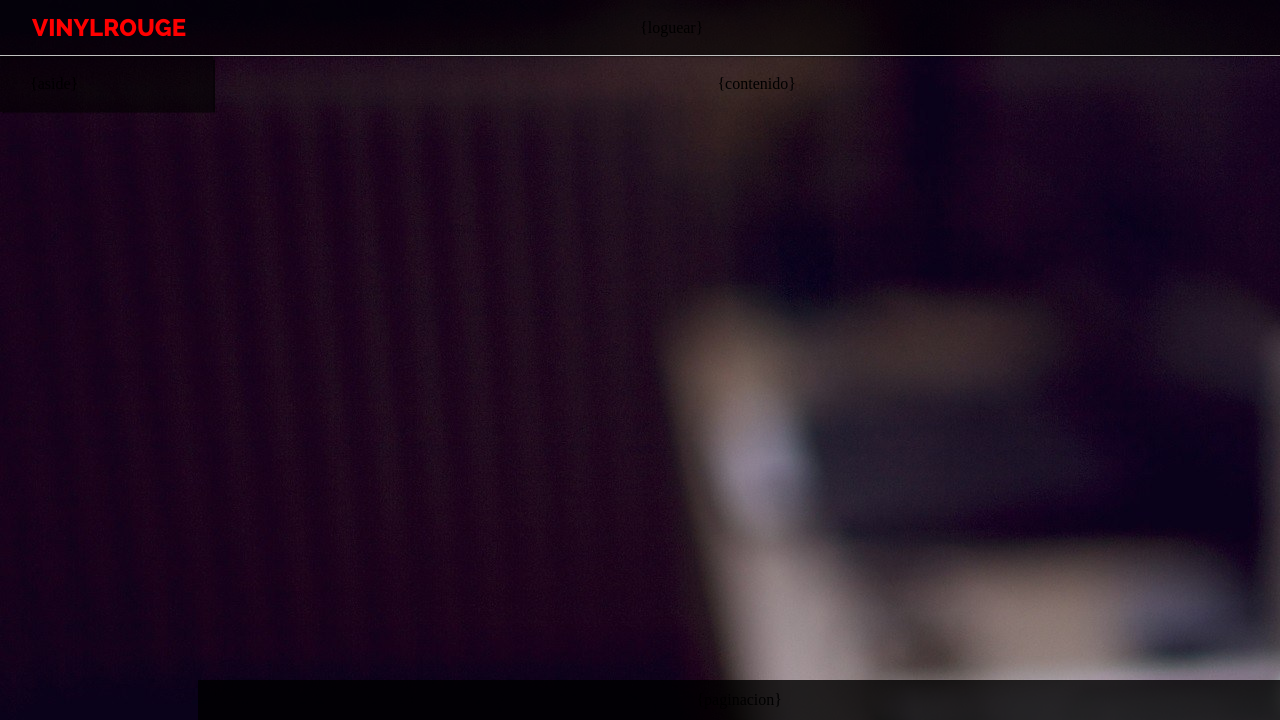
Repository: Miguelfdez79/discos
Page: workspace/template/html/index.html
The author's editor kept a record of every edit. The page is drawn from the files as they stood at one moment, then again after the next edit.
The browser window is 1280 px wide. The pictures show the whole page.
Some web libraries are served in a nearby version.

Above is the page before.

### workspace/template/html/index.html
<DOCTYPE html>
<html lang="es">
<head>
    <meta charset="UTF-8" />
    <title>VinylRouge</title>
    <link rel="stylesheet" href="/template/css/style.css"/>
    <link rel="stylesheet" href="/template/css/reset.css"/>

    <script src="//code.jquery.com/jquery-1.11.2.min.js"></script>
    <script src="/template/js/javascript.js" defer></script>
    <script src="/template/js/jquery.js" defer></script>
    <script src="/template/js/background_changer.js" defer></script>
</head>

<body>
    <div class="container">
        <div class="menu_logueo">
            <div class="left">
                 <a href="/index.php"><h1 id="nombreempresa">VINYL<span id="spanlogo">ROUGE</span></h1></a>
            </div>
             <div class="right">
                 {loguear}
             </div>
        </div>
        <div class="contenedor-datos">
            <div class="menu_aside">
                <div class="container_aside">
                    {aside}
                </div>
            </div>

            <div class="row">

                <div class="contenido">
                    {contenido}
                </div>

                <div class="menu_pie">
                    {paginacion}
                </div>
            </div>
        </div>
    </div>
</body>
<html>

### workspace/template/css/style.css
html{
    width: 100%;
    height: 100%;
}

body{
    width: 100%;
    height: 100%;
    min-width: 320px;
    background-image: url("../img/appbackground.jpg");
    background-repeat: no-repeat;
    background-position: center center;
    background-size: cover;
}

.container{
    width: 100%;
    height: auto;
    min-width: 320px;

    display: flex;
    flex-direction: column;
    justify-content: flex-start;
}

.contenedor-datos{
    width: 100%;
    height: auto;
    min-width: 320px;
    display: flex;
    flex-direction: row;
    justify-content: flex-start;
}


a{
    text-decoration: none;
    color: black;
}

li{
    text-decoration: none;
}


.menu_aside{
    display: flex;
    background-color:rgba(0, 0, 0, 0.6);
    box-shadow: 1.5px 1px 1px 0px rgba(0,0,0,0.75);
    flex: 0 1 20%;
    flex-direction: column;
}

logoname{

}

.row{
    width: 100%;
    display: flex;
    flex-direction: column;
}

.contenido{
    display: flex;
    margin-top: 20px;
    margin-left: 20px;
    height: auto;
    justify-content: space-around;
    align-items: flex-start;
    flex-wrap: wrap;
    height:100%;
}

.container_form{
    text-align: center;
    width: 45%;
    padding: 15px;
    background-color: rgba(0, 0, 0, 0.6);
    border: 1px solid rgba(255, 255, 255, 0.4);
    border-radius: 3px;
}

.menu_pie{
    display: flex;
    height: 10%;
    justify-content: center;
    align-items: center;
    position:fixed;
   right:0px;
   bottom:0px;
   height:40px;
   width:84.5%;
   background-color: rgba(0, 0, 0, 0.8);
}



.container_aside{
    margin: 20px 30px 20px 30px;
}

.aside_usuario{
    margin: 10px 0px 20px;
}

.aside_usuario li{
    padding: 10px 0px;
}

.aside_usuario a{
    font-family: 'Satellite';
    color: white;
    font-size: 1.4em;
}

.aside_disco{
    margin: 20px 0px;
}

.aside_disco_links li{
    padding: 10px 0px;
}

.aside_disco_links a{
    font-family: 'Satellite';
    color: white;
    font-size: 1.2em;
    -webkit-transition: all 0.4s ease;
     transition: all 0.4s ease;
}

.aside_disco_links a:hover{
    color: red;
    -webkit-transition: all 0.4s ease;
     transition: all 0.4s ease;
}

.menu_logueo{
    height: 55px;
    align-items:center;
    justify-content: flex-end;
    display: flex;
    background-color: rgba(0, 0, 0, 0.6);
    box-shadow: 1.5px 1px 1px 0px rgba(0,0,0,0.75);
    flex-direction: row;
    border-bottom: 1px solid silver;
}

.aside_logo{
    margin: 0px 0px 20px 0px;
}

.aside_cerrarsesion a{
    font-family: 'Satellite';
    color: white;
    font-size: 1.4em;
}


.left{
    justify-content:center;
    width: 50%;
    align-items: flex-start;
}

.right{
    justify-content:center;
    width: 50%;
     align-items: flex-end;
}

.left a{
   font-family: Raleway5;
    color: red;
    font-size: 1.5em;
}


.right ul{
    float: right;
    margin-right: 5%;
}

.right a{
   font-family: Raleway2;
    color: #fff;
    font-size: 1.2em;
    -webkit-transition: all 0.4s ease;
     transition: all 0.4s ease;
}

.right a:hover{
    font-family: Raleway;
    color: red;
    font-size: 1.2em;
    -webkit-transition: all 0.8s ease;
    transition: all 0.8s ease;
}

#nombreempresa{
    margin-left: 5%;
}

hr{
    color: silver !important;
    background-color: silver !important;
    height: 1px !important;
}

.aside_disco_buscador{
    margin: 20px 0px;
}

.buscar{
    padding: 5px;
    width: 100%;
    height: 28px;
    border-radius: 2px;
    background-color: transparent;
    color: red;
    border: 1px solid silver;
}

.buscar_submit{
    width: 100%;
    height: 28px;
    font-family: 'Satellite', sans-seri;
    font-size: 1.1em;
    margin: 8px 0px;
    border: none;
    color: red;
    border:1px solid #151617;

    text-shadow: -1px -1px 0 rgba(0,0,0,0.3);
    background-color: #45484d; background-image: -webkit-gradient(linear, left top, left bottom, from(#45484d), to(#000000));
    background-image: -webkit-linear-gradient(top, #45484d, #000000);
    background-image: -moz-linear-gradient(top, #45484d, #000000);
    background-image: -ms-linear-gradient(top, #45484d, #000000);
    background-image: -o-linear-gradient(top, #45484d, #000000);
    background-image: linear-gradient(to bottom, #45484d, #000000);filter:progid:DXImageTransform.Microsoft.gradient(GradientType=0,startColorstr=#45484d, endColorstr=#000000);
    margin-bottom: 10px;
}

.buscar_submit:hover{
     border:1px solid #682720; -webkit-border-radius: 3px; -moz-border-radius: 3px;
     background-color: #2d2f32; background-image: -webkit-gradient(linear, left top, left bottom, from(#2d2f32), to(#1a1a1a));
     background-image: -webkit-linear-gradient(top, #2d2f32, #1a1a1a);
     background-image: -moz-linear-gradient(top, #2d2f32, #1a1a1a);
     background-image: -ms-linear-gradient(top, #2d2f32, #1a1a1a);
     background-image: -o-linear-gradient(top, #2d2f32, #1a1a1a);
     background-image: linear-gradient(to bottom, #2d2f32, #1a1a1a);filter:progid:DXImageTransform.Microsoft.gradient(GradientType=0,startColorstr=#2d2f32, endColorstr=#1a1a1a);
     margin-bottom: 10px;
}

.log_input{
    width: 90%;
    height: 40px;
    margin: 4px 10px;
    padding: 8px;
    border: none;
    border: 2px solid #000000;
    border-radius: 2px;
    background-color: rgba(255,255,255,0.3);
    color: white;
    font-family: Raleway3;
    font-size: 1.3em;
}

input::-webkit-input-placeholder {
    font-family: Raleway;
    font-size: 1.2em;
    padding-left: 8px;
    color: white;
}

input:-webkit-autofill,
input:-webkit-autofill:hover,
input:-webkit-autofill:focus,
input:-webkit-autofill:active {
    transition: background-color 5000s ease-in-out 0s;
}



.log_submit{
    width: 90%;
    height: 45px;
    font-family: 'Satellite', sans-seri;
    font-size: 1.1em;
    margin: 8px 0px;
    border: none;
    color: red;
    border:1px solid #151617;
    text-shadow: -1px -1px 0 rgba(0,0,0,0.3);
    background-color: #45484d; background-image: -webkit-gradient(linear, left top, left bottom, from(#45484d), to(#000000));
    background-image: -webkit-linear-gradient(top, #45484d, #000000);
    background-image: -moz-linear-gradient(top, #45484d, #000000);
    background-image: -ms-linear-gradient(top, #45484d, #000000);
    background-image: -o-linear-gradient(top, #45484d, #000000);
    background-image: linear-gradient(to bottom, #45484d, #000000);filter:progid:DXImageTransform.Microsoft.gradient(GradientType=0,startColorstr=#45484d, endColorstr=#000000);
    cursor: pointer;
}

.log_submit:hover{
    border:1px solid #682720; -webkit-border-radius: 3px; -moz-border-radius: 3px;
     background-color: #2d2f32; background-image: -webkit-gradient(linear, left top, left bottom, from(#2d2f32), to(#1a1a1a));
     background-image: -webkit-linear-gradient(top, #2d2f32, #1a1a1a);
     background-image: -moz-linear-gradient(top, #2d2f32, #1a1a1a);
     background-image: -ms-linear-gradient(top, #2d2f32, #1a1a1a);
     background-image: -o-linear-gradient(top, #2d2f32, #1a1a1a);
     background-image: linear-gradient(to bottom, #2d2f32, #1a1a1a);filter:progid:DXImageTransform.Microsoft.gradient(GradientType=0,startColorstr=#2d2f32, endColorstr=#1a1a1a);
    cursor: pointer;
}


.add_submit{
    width: 90%;
    height: 45px;
    font-family: 'Satellite', sans-seri;
    font-size: 1.1em;
    margin: 8px 0px;
    border: none;
    color: red;
    border:1px solid #151617;
    text-shadow: -1px -1px 0 rgba(0,0,0,0.3);
    background-color: #45484d; background-image: -webkit-gradient(linear, left top, left bottom, from(#45484d), to(#000000));
    background-image: -webkit-linear-gradient(top, #45484d, #000000);
    background-image: -moz-linear-gradient(top, #45484d, #000000);
    background-image: -ms-linear-gradient(top, #45484d, #000000);
    background-image: -o-linear-gradient(top, #45484d, #000000);
    background-image: linear-gradient(to bottom, #45484d, #000000);filter:progid:DXImageTransform.Microsoft.gradient(GradientType=0,startColorstr=#45484d, endColorstr=#000000);
    cursor: pointer;
}

.add_submit:hover{
    border:1px solid #682720; -webkit-border-radius: 3px; -moz-border-radius: 3px;
     background-color: #2d2f32; background-image: -webkit-gradient(linear, left top, left bottom, from(#2d2f32), to(#1a1a1a));
     background-image: -webkit-linear-gradient(top, #2d2f32, #1a1a1a);
     background-image: -moz-linear-gradient(top, #2d2f32, #1a1a1a);
     background-image: -ms-linear-gradient(top, #2d2f32, #1a1a1a);
     background-image: -o-linear-gradient(top, #2d2f32, #1a1a1a);
     background-image: linear-gradient(to bottom, #2d2f32, #1a1a1a);filter:progid:DXImageTransform.Microsoft.gradient(GradientType=0,startColorstr=#2d2f32, endColorstr=#1a1a1a);
    cursor: pointer;
}

h1.titulo_form{
    font-family: Satellite;
    text-shadow: 2px 2px 0 rgba(0,0,0,0.6);
    font-size: 3em;
    text-align: center;
    margin-top: 20px;
    margin-bottom: 30px;
    color: #f1f1f1;
}

/******** FIN FORMULARIO LOGIN ********/

.tablaUsuarios{
    border-collapse: collapse;
    width: 70%;
    background-color: rgba(0, 0, 0, 0.5);
}

.tablaUsuarios table{
    border: 1px solid #A4A4A4;
}

th, td{
    border: 1px solid #A4A4A4;
    padding: 4px 20px;
    text-align: center;
    color: #FAFAFA;
}

th{
    font-weight: bold !important;
    background-color: rgba(255, 255, 255, 0.5);
    font-family:  Raleway3 !important;
}

th p{
    font-family:  Raleway3 !important;
    font-size: 1.5em;
    color: #FAFAFA;
}

td p{
    font-family: 'Satellite';
    font-size: 1.4em;
    color: #FAFAFA;
}

td a{
    font-family: 'Satellite';
    font-size: 1.4em;
    color: #FAFAFA;
    font-style: oblique !important;
}

.elimUsuario{
    font-family: Raleway2;
    font-size: 1.3em;
    color: red;
    text-decoration: none;
    -webkit-transition: all 0.4s ease;
     transition: all 0.4s ease;
}

.elimUsuario:hover{
    font-family: Raleway2;
    font-size: 1.3em;
    color: red;
    text-decoration: underline;
    -webkit-transition: all 0.4s ease;
     transition: all 0.4s ease;
}

.separadormenu{
    background-color: 	#333333 !important;
    color: 	#333333 !important;
    margin-top: 8px;
    margin-bottom: 8px;
}

.estructura-disco{
    width: 130px;
    margin: 20px 10px;
    background-color: rgba(0, 0, 0, 0.5);
    box-shadow: 2px 2px 2px 0px rgba(0,0,0,0.75);
    padding: 15px;
    display: flex;
    justify-content: center;
    align-items: center;
    flex-direction: column;
    -webkit-transition: all 0.4s ease;
    transition: all 0.4s ease;

}

.estructura-disco:hover{
   transform: scale(1.6);
    background-color: rgba(0, 0, 0, 0.8);
   -webkit-transition: all 0.4s ease;
      transition: all 0.4s ease;

}

.cont-img{
    width: 135px;
}

.cont-img img{
    width: 100%;
    object-fit: contain;
    margin: 0 auto;
}

.cont-img img{
    width: 100%;
    overflow: hidden;
    object-fit: contain;
    box-shadow: 3px 3px 3px 0px rgba(0,0,0,0.75);
}

.cont-disco{
    margin: 10px 0px 0px 0px;
}

.cont-disco h1{
    font-family: Raleway2;
    font-size: 1.2em;
    color: red;
    text-align: center;
}

.cont-disco h3{
    font-family: 'Satellite';
    font-size: 1.2em;
    color: white;
    font-style: oblique;
    text-align: center;
    font-weight: normal;
    margin: 5px 5px 5px 0px ;
}

.menu-disco{
    width: 100%;
    bottom: 0;
}

.menu-disco ul{
    display: flex;
    flex-direction: row;
    justify-content: space-around;
}

.menu-disco ul li a{
    font-family: Raleway2;
    font-size: 0.8em;
    color: #A4A4A4;
}


.content-disco{
    width: 70%;
    height: 50%;
    display: flex;
    justify-content: space-between;
}

.content-album{
    width: 50%;

}
.content-album img{
    box-shadow: 3px 3px 3px 0px rgba(0,0,0,0.75);
}
.content-album img{
    height: 100%;
    object-fit: contain;
}

.content-album img{
    object-fit: contain;
}

.content-descripcion{
    width: 50%;
    display: flex;
    flex-direction: column;
    align-items: center;
    justify-content: center;
    font-family: Raleway2;
}

.content-descripcion h1{
    font-size: 5em;
    padding: 20px 0px;
    font-weight: bold;
    text-align: center;
    color: white;
}

.content-descripcion h3{
    font-size: 2.5em;
    padding: 20px 0px;
    font-weight: normal;
    text-align: center;
    color: #E6E6E6;
}

/********** FORMULARIO ADD/EDIT DISCOS ******/

.container_add, .container_edit{
    text-align: center;
    width: 45%;
    padding: 15px;
    background-color: rgba(0, 0, 0, 0.6);
    border: 1px solid rgba(255, 255, 255, 0.4);
    border-radius: 3px;
}

.cont-campos{
    margin: 20px 0px;
    display: flex;
    flex-direction: column;
    align-items: center;
}

.add_input{
    width: 90%;
    height: 40px;
    margin: 4px 10px;
    padding: 8px;
    border: none;
    border: 2px solid #000000;
    border-radius: 2px;
    background-color: rgba(255,255,255,0.3);
    color: white;
    font-family: Raleway3;
    font-size: 1.3em;
}

.cont-subir{
    margin: 0px;
    display: flex;
    flex-direction: column;
    align-items: center;
}

.container_caratula{
}

.file_input{
    text-align: center;
    width: 90%;
    height: 40px;
    margin: 4px 10px;
    padding: 8px;
    border: none;
    border-radius: 4px;
    background-color:silver;
    color: black;
    font-family: Raleway3;
    font-size: 1.3em;
    cursor: pointer;
}


/********************** PAGINACIÓN **************/

.pagin{
    width: 400px;
    display: flex;
    flex-direction: row;
    justify-content: space-between;
}


.navpag{
    font-size:25px;
    color: #fff;
    font-family: Raleway5;
     -webkit-transition: all 0.8s ease;
      transition: all 0.8s ease;
}

.navpag:hover{
    font-size:25px;
    color: red;
    font-family: Raleway5;
     -webkit-transition: all 0.8s ease;
      transition: all 0.8s ease;
}


.checkbus{
    font-size:16px;
    color: #fff;
    font-family: Satellite;
    margin: 10px
}

#radio01{
  font-size:15px;
    color: #fff;
    font-family: Raleway5;
}

#radio02{
    font-size:15px;
    color: #fff;
    font-family: Raleway5;
}

/* ------------------SECCION DE FONTFACE-----------------*/

@font-face {
    font-family: 'Raleway';
    src: url('../fuentes/Raleway-Medium.woff') format('woff');
    font-weight: normal;
    font-style: normal;
}

@font-face {
    font-family: 'Raleway2';
    src: url('../fuentes/Raleway-Light.woff') format('woff');
    font-weight: normal;
    font-style: normal;
}

@font-face {
    font-family: 'Raleway3';
    src: url('../fuentes/Raleway-SemiBold.woff') format('woff');
    font-weight: normal;
    font-style: normal;
}

@font-face {
    font-family: 'Raleway4';
    src: url('../fuentes/Raleway-ExtraLight.woff2') format('woff2');
    font-weight: normal;
    font-style: normal;
}

@font-face {
    font-family: 'Raleway5';
    src: url('../fuentes/Raleway-ExtraBold.woff') format('woff');
    font-weight: normal;
    font-style: normal;
}

@font-face {
    font-family: 'Magna';
    src: url('../fuentes/Magna-BlackCondensed.woff') format('woff');
    font-weight: normal;
    font-style: normal;
}

@font-face {
    font-family: 'Satellite';
    src: url('../fuentes/Satellite.woff') format('woff');
    font-weight: normal;
    font-style: normal;
}

@font-face {
    font-family: 'Voltaire';
    src: url('../fuentes/Voltaire.woff') format('woff');
    font-weight: normal;
    font-style: normal;
}

@font-face {
    font-family: 'latoregular';
    src: url('../fuentes/LatoLatin-Medium.woff') format('woff');
    font-weight: normal;
    font-style: normal;
}

@font-face {
    font-family: 'latolight';
    src: url('../fuentes/LatoLatin-Thin.woff') format('woff');
    font-weight: normal;
    font-style: normal;
}

@font-face {
    font-family: 'kilo';
    src: url('../fuentes/KiloGram.woff') format('woff');
    font-weight: normal;
    font-style: normal;
}

@font-face {
    font-family: 'Futura-Medium';
    src: url('../fuentes/FuturaPTMedium.otf') format('truetype');
    font-weight: bold;
    font-style: normal;
}

@font-face {
    font-family: 'Futura-Book';
    src: url('../fuentes/FuturaPTBook.otf') format('truetype');
    font-weight: normal;
    font-style: normal;
}

@font-face {
    font-family: 'Futura-Light';
    src: url('../fuentes/FuturaPTLight.otf') format('truetype');
    font-weight: normal;
    font-style: normal;
}

### workspace/template/css/reset.css
html, body, div, span, applet, object, iframe,
h1, h2, h3, h4, h5, h6, p, blockquote, pre, a, abbr, acronym, address, big,
cite, code, del, dfn, em, font, img, ins, kbd, q, s, samp, small, strike,
strong, sub, sup, tt, var, dl, dt, dd, ol, ul, li,
fieldset, form, label, legend, table, caption, tbody, tfoot, thead, tr, th, td,
center, u, b, i{vertical-align: baseline border: 0; outline: 0;
                font-weight: normal; font-style: normal; font-size: 100%; font-family: inherit;}
*               {margin: 0; padding: 0}
body            {line-height: 1; height:100%}
:focus          {outline: 0}
ol, ul          {list-style: none}
table           {border-collapse: collapse; border-spacing: 0;}
blockquote, q   {quotes: "" ""}
hr              {border: 0; color: #000; background-color: #000; height:1px}
blockquote:before, blockquote:after, q:before, q:after {content: ""}

### workspace/template/js/javascript.js
function ChangeText(oFileInput, sTargetID) {

    document.getElementById(sTargetID).value = oFileInput.value;
}

### workspace/template/js/jquery.js
/* global $ */

$(document).ready(function(){

    $(".elimDisco").click(function(){
        if(!confirm("¿Realmente quieres borrar el disco?")){
            event.preventDefault();
        } else {
        }
    });

    $(".elimUsuario").click(function(){
        if(!confirm("¿Realmente quieres borrar al usuario?")){
            event.preventDefault();
        } else {
        }
    });

});

### workspace/template/js/background_changer.js
$(function () {
    var body = $('body');
    var backgrounds = [
      'url(/template/img/appbackground.jpg)',
      'url(/template/img/appbackground2.jpg)'];
    var current = 0;

    function nextBackground() {
        body.css(
            'background',
        backgrounds[current = ++current % backgrounds.length]);

        setTimeout(nextBackground, 8000);
    }
    setTimeout(nextBackground, 8000);
    body.css('background', backgrounds[0]);
});

After the next edit:
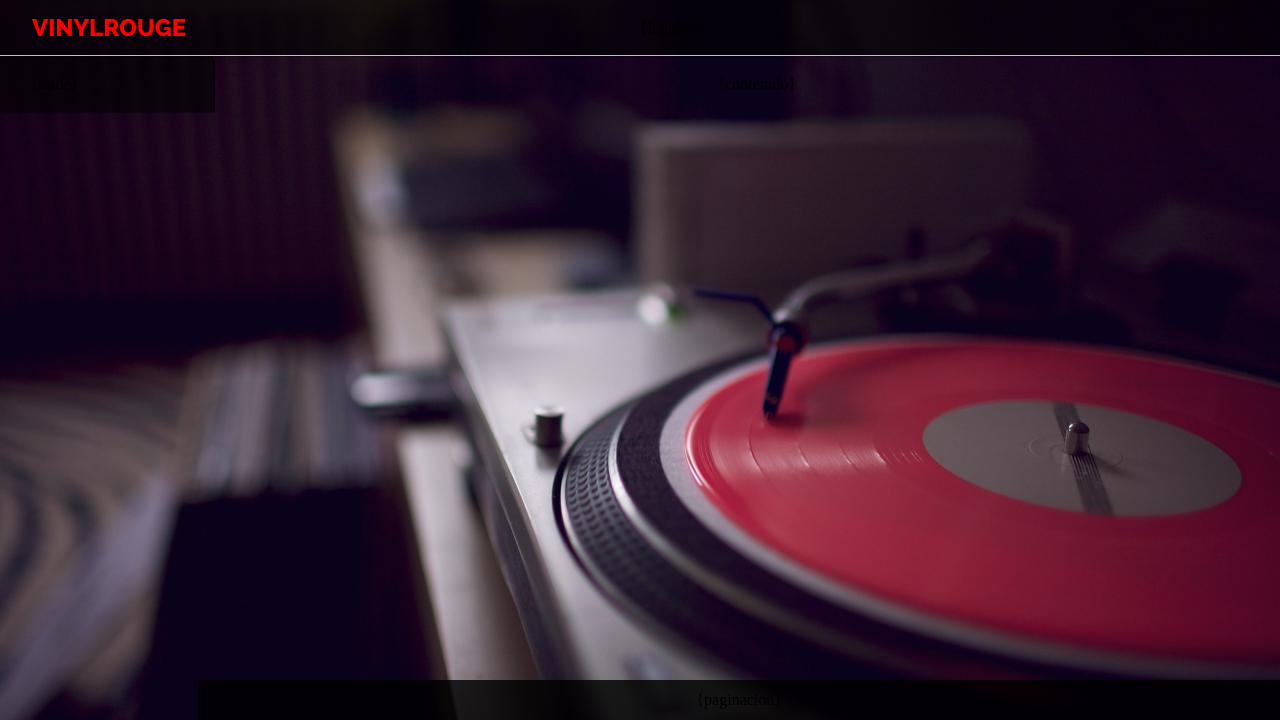
Console error: SyntaxError: Invalid or unexpected token
The edit:
--- a/workspace/template/js/background_changer.js
+++ b/workspace/template/js/background_changer.js
@@ -2,6 +2,9 @@
     var body = $('body');
     var backgrounds = [
       'url(/template/img/appbackground.jpg)',
+      url(/template/img/appbackground.jpg)',
+      url(/template/img/appbackground.jpg)',
+      url(/template/img/appbackground.jpg)',
       'url(/template/img/appbackground2.jpg)'];
     var current = 0;
 

After the edit that followed:
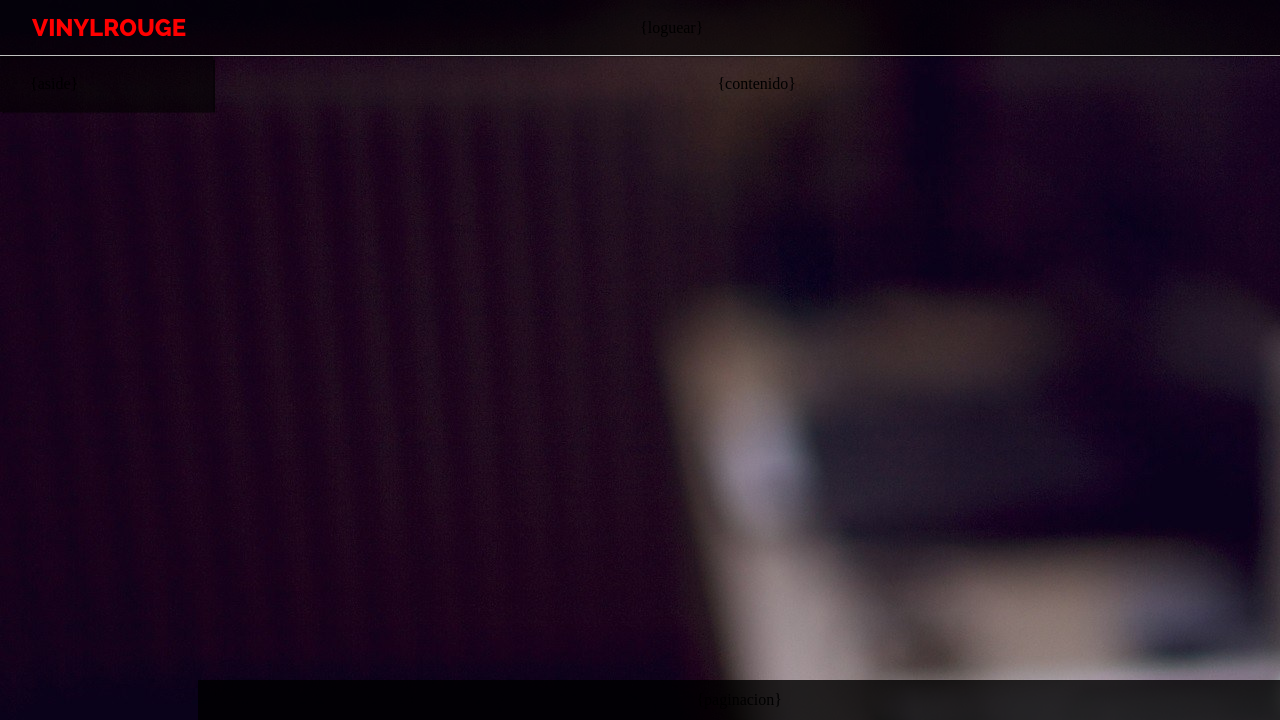
The error is gone.
The edit:
--- a/workspace/template/js/background_changer.js
+++ b/workspace/template/js/background_changer.js
@@ -2,9 +2,9 @@
     var body = $('body');
     var backgrounds = [
       'url(/template/img/appbackground.jpg)',
-      url(/template/img/appbackground.jpg)',
-      url(/template/img/appbackground.jpg)',
-      url(/template/img/appbackground.jpg)',
+      'url(/template/img/appbackground.jpg)',
+      'url(/template/img/appbackground.jpg)',
+      'url(/template/img/appbackground.jpg)',
       'url(/template/img/appbackground2.jpg)'];
     var current = 0;
 
